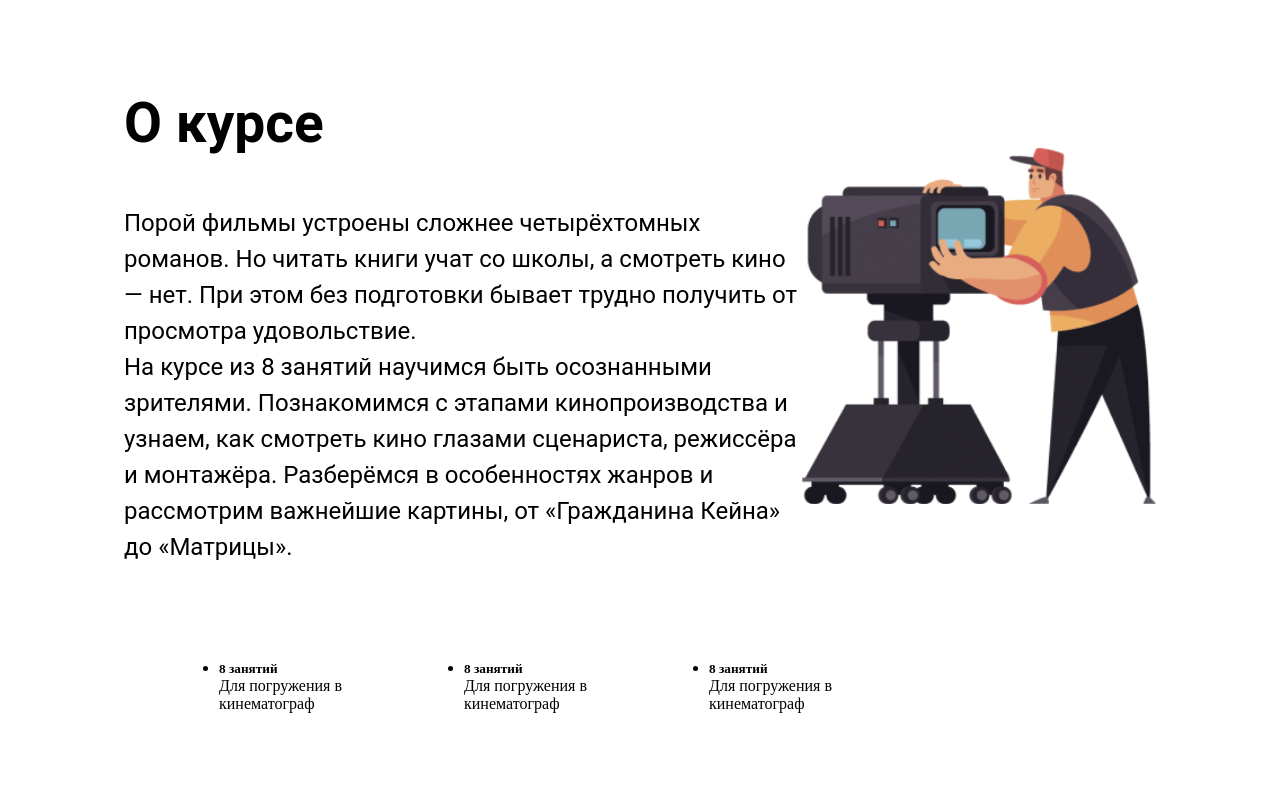
Repository: AytacSafarova/task-figma--1
Page: index.html
The author's editor kept a copy of each file at every save. The page is drawn from the files as they stood at one save, then again after the next save.
The browser window is 1280 px wide. The pictures show the whole page.

Above is the page before, as saved 2023-04-29 20:06:17.

### index.html
<!DOCTYPE html>
<html lang="en">
<head>
  <meta charset="UTF-8" />
  <meta http-equiv="X-UA-Compatible" content="IE=edge" />
  <meta name="viewport" content="width=device-width, initial-scale=1.0" />
  <title>Document</title>
  <link rel="stylesheet" href="/index.css" />
</head>

<body>
  <div class="container">
    <div class="row up">
      <div class="col left">
        <div class="header">О курсе</div>
        <div class="text">
          <div>
            Порой фильмы устроены сложнее четырёхтомных романов. Но читать
            книги учат со школы, а смотреть кино — нет. При этом без
            подготовки бывает трудно получить от просмотра удовольствие.
          </div>
          <div>
            На курсе из 8 занятий научимся быть осознанными зрителями.
            Познакомимся с этапами кинопроизводства и узнаем, как смотреть
            кино глазами сценариста, режиссёра и монтажёра. Разберёмся в
            особенностях жанров и рассмотрим важнейшие картины, от
            «Гражданина Кейна» до «Матрицы».
          </div>
        </div>
      </div>
      <div class="col right">
        <img src="/images/_1 1.png" alt="" />
      </div>
    </div>

    <div class="down">
      <div class="image">
        <img src="/images/photo 1.png" alt="" />
      </div>

      <ul class="list">
        <li>
          <h5>8 занятий</h5>
          <p>Для погружения в кинематограф</p>
        </li>

        <li>
          <h5>8 занятий</h5>
          <p>Для погружения в кинематограф</p>
        </li>

        <li>
          <h5>8 занятий</h5>
          <p>Для погружения в кинематограф</p>
        </li>
      </ul>
    </div>
  </div>
</body>

</html>

### index.css
*{
    margin: 0;
    padding: 0;
}

.container{
    margin: 91px 124px;
}

.row{
    display: flex;
    justify-content: space-between;
    align-items: center;
}

.left{
    width: 700px;
}

.header{
    font-size: 55px;
    font-family: 'Roboto', sans-serif;
    font-weight: 700;
    margin-bottom: 50px;
}
.text div{
    font-size: 24px;
    font-family: 'Roboto', sans-serif;
    font-weight: 400;
    line-height: 36px;
}

.right{
    width: 366px;
}
.right img{
    width: 100%;
}

.down{
    display: flex;
    align-items: center;
    justify-content: space-between;
    margin-top:94px;
}

.image{
    width: 232px;
}

.image img{
    width: 100%;
}


.list{
    display: flex;
    padding-right: 314px ;
}

li{
    width: 150px;
    margin-left: 95px;
}

After the next save:
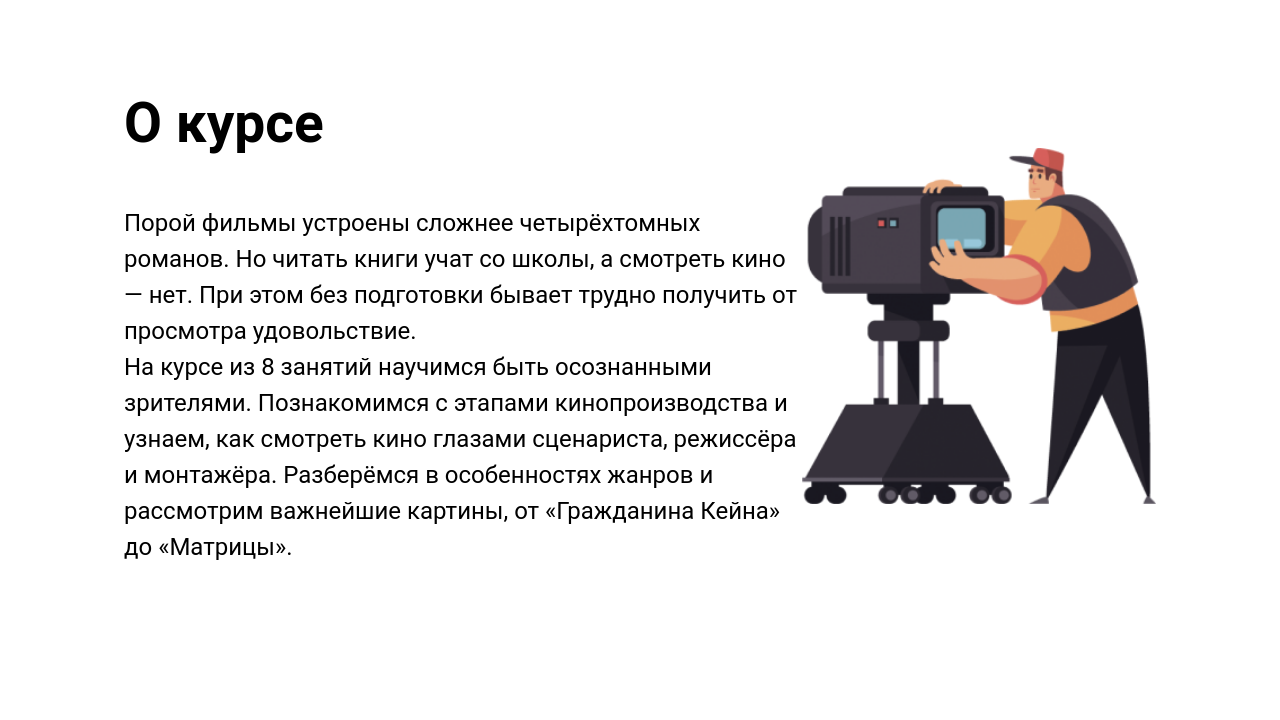
Saved 8 s later.
--- a/index.html
+++ b/index.html
@@ -33,7 +33,7 @@
       </div>
     </div>
 
-    <div class="down">
+    <!-- <div class="down">
       <div class="image">
         <img src="/images/photo 1.png" alt="" />
       </div>
@@ -54,7 +54,7 @@
           <p>Для погружения в кинематограф</p>
         </li>
       </ul>
-    </div>
+    </div> -->
   </div>
 </body>
 
